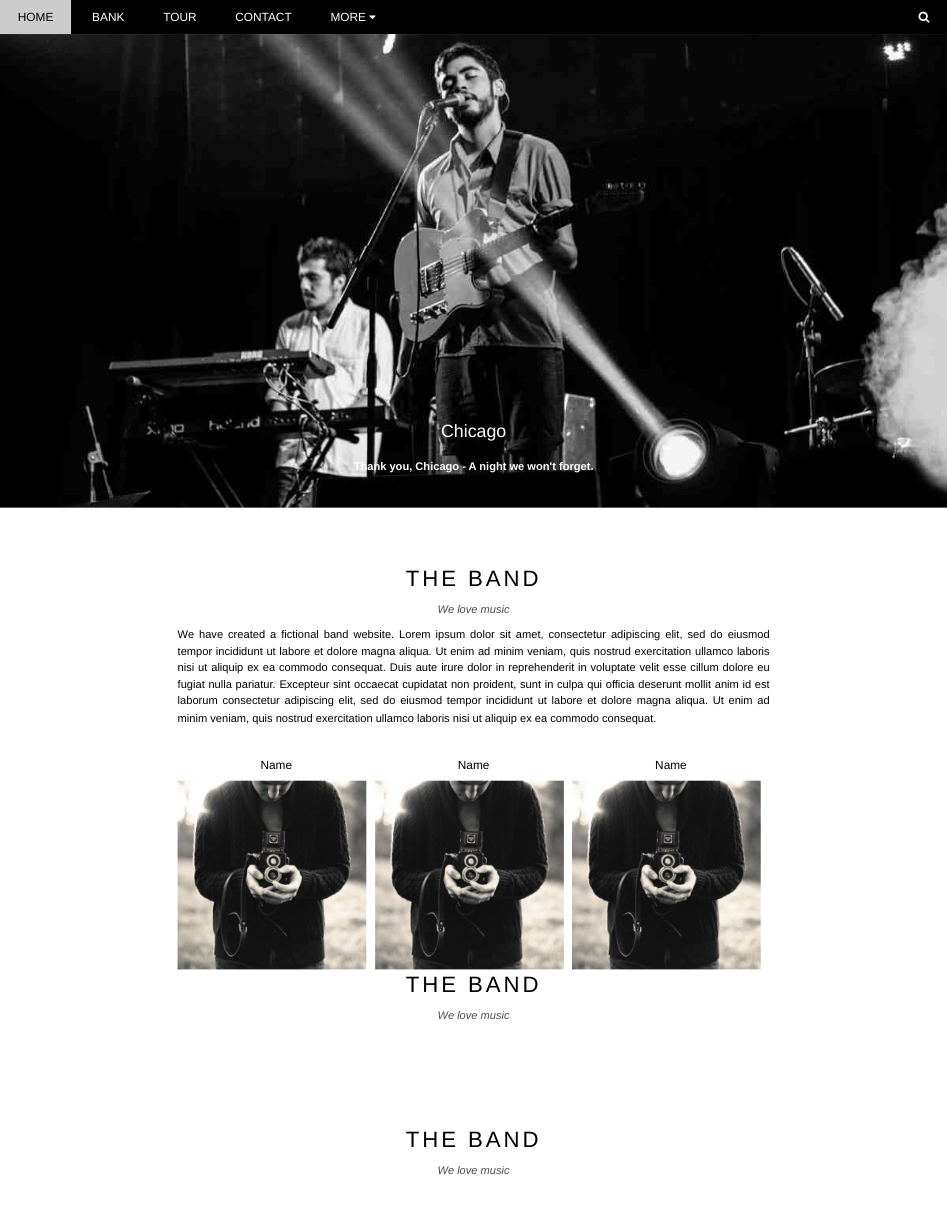
Repository: vuongtm1999/TheBand_W3School
Page: index.html
An editor plug-in stored every save of this project. The page is shown before and after the next save, followed by the edit.
The browser window is 1280 px wide. The pictures show the whole page, at 74% of full size.

Above is the page before, as saved 2022-08-26 13:04:39.

After the next save:
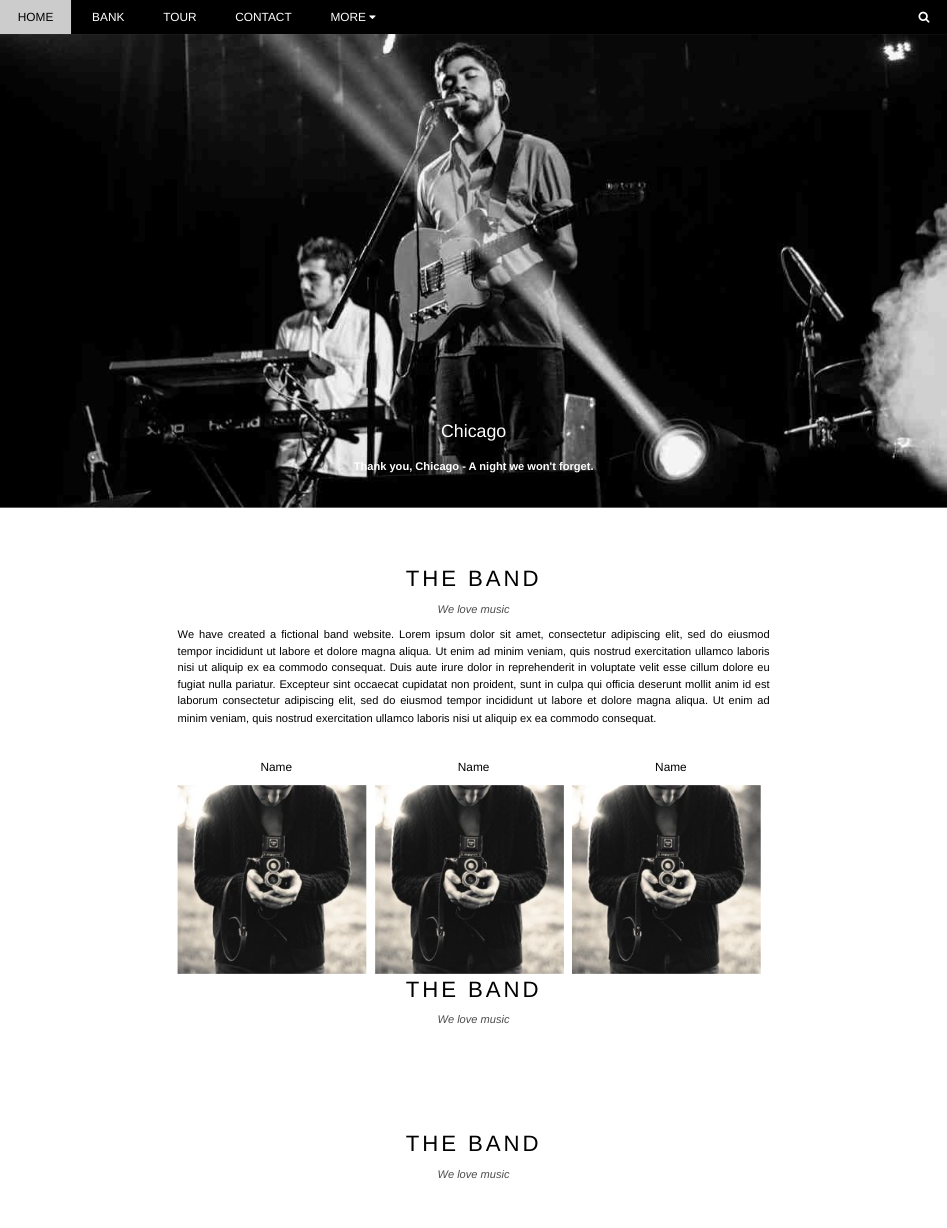
Saved 12 s later.
--- a/assets/css/style.css
+++ b/assets/css/style.css
@@ -197,7 +197,7 @@ a{
 }
 
 .member-name{
-    margin: 12px 0;
+    margin: 15px 0;
 }
 
 
